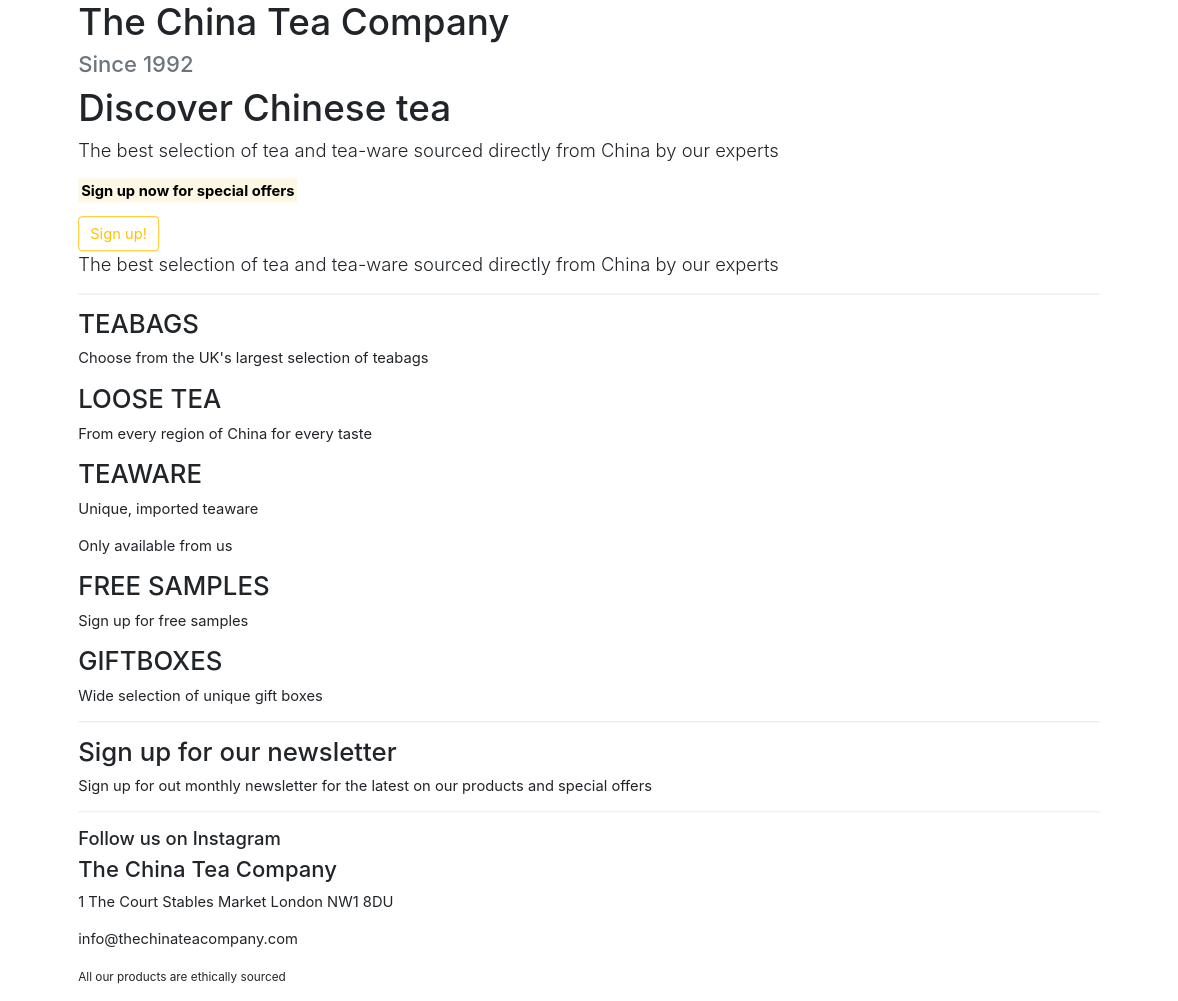
Repository: Code-Institute-Submissions/china-tea
Page: index.html
The author's editor kept a record of every edit. The page is drawn from the files as they stood at one moment, then again after the next edit.
The browser window is 1280 px wide. The pictures show the whole page, at 92% of full size.

Above is the page before.

### index.html
<!DOCTYPE html>
<html lang="en">

<head>
    <meta charset="UTF-8">
    <meta name="viewport" content="width=device-width, initial-scale=1.0">
    <meta http-equiv="X-UA-Compatible" content="ie=edge">
    <link rel="stylesheet" href="https://stackpath.bootstrapcdn.com/bootstrap/4.3.1/css/bootstrap.min.css" integrity="sha384-ggOyR0iXCbMQv3Xipma34MD+dH/1fQ784/j6cY/iJTQUOhcWr7x9JvoRxT2MZw1T" crossorigin="anonymous">
    <link rel="stylesheet" href="style.css" type="text/css" />
    <title>China Tea Company | Buy specially imported tea, tea-ware and gift boxes</title>
</head>

<body>

    <article class="container">

        <!----Callout-----!>

        <section class="callout">
        <h1>The China Tea Company</h1>
        <h4 class="text-muted">Since 1992</h4>

        <h1>Discover Chinese tea</h1>

         <p class="lead">The best selection of tea and tea-ware sourced directly from China by our experts</p>
        <p><strong><mark>Sign up now for special offers</strong></mark></p>
     <button type="button" class="btn btn-outline-warning">Sign up!</button>

         <p class="lead">The best selection of tea and tea-ware sourced directly from China by our experts</p>

        </section>

        <hr>

        <!----/.Callout-----!>

        <!-----Purchase------!>

         <section class="purchases">
         <div class="purchases">
         <h3 class="text-uppercase">Teabags</h3>
         <p>Choose from the UK's largest selection of teabags</p>
         </div>

         <div class="loosetea">
         <h3 class="text-uppercase">Loose Tea</h3>
         <p>From every region of China for every taste</p>
         </div>

         <div class="teaware">
         <h3 class="text-uppercase">Teaware</h3>
         <p>Unique, imported teaware</p>
         <p>Only available from us</p>
         </div>

         <div class="freesamples">
         <h3 class="text-uppercase">Free Samples</h3>
         <p>Sign up for free samples</p>
         </div>

         <div class="giftboxes">
         <h3 class="text-uppercase">Giftboxes</h3>
         <p>Wide selection of unique gift boxes</p>
         </div>


         </section>

         <hr>

        <!-----/.purchase-------!>

        <!------newsletter jumbotron-----!>

        <section class="newsletter">

        <h3>Sign up for our newsletter</h3>
        <p>Sign up for out monthly newsletter for the latest on our products and special offers</p>



        </section>

          <!-------/.newsletter jumbotron-----!>

          <!------Instagram and address------!>
          <hr>
          <section class="instagram">
          <h5>Follow us on Instagram</h5>

          <h4>The China Tea Company</h4>
          <p>1 The Court Stables Market London NW1 8DU</p>
          <p>info@thechinateacompany.com</p>

          </section>

        <!--------/.Instagram and address-----!>

        <!-------footer-----!>

        <p><small>All our products are ethically sourced</small></p>




    </article>


</body>

</html>

Loaded but not shown: style.css (empty)

After the next edit:
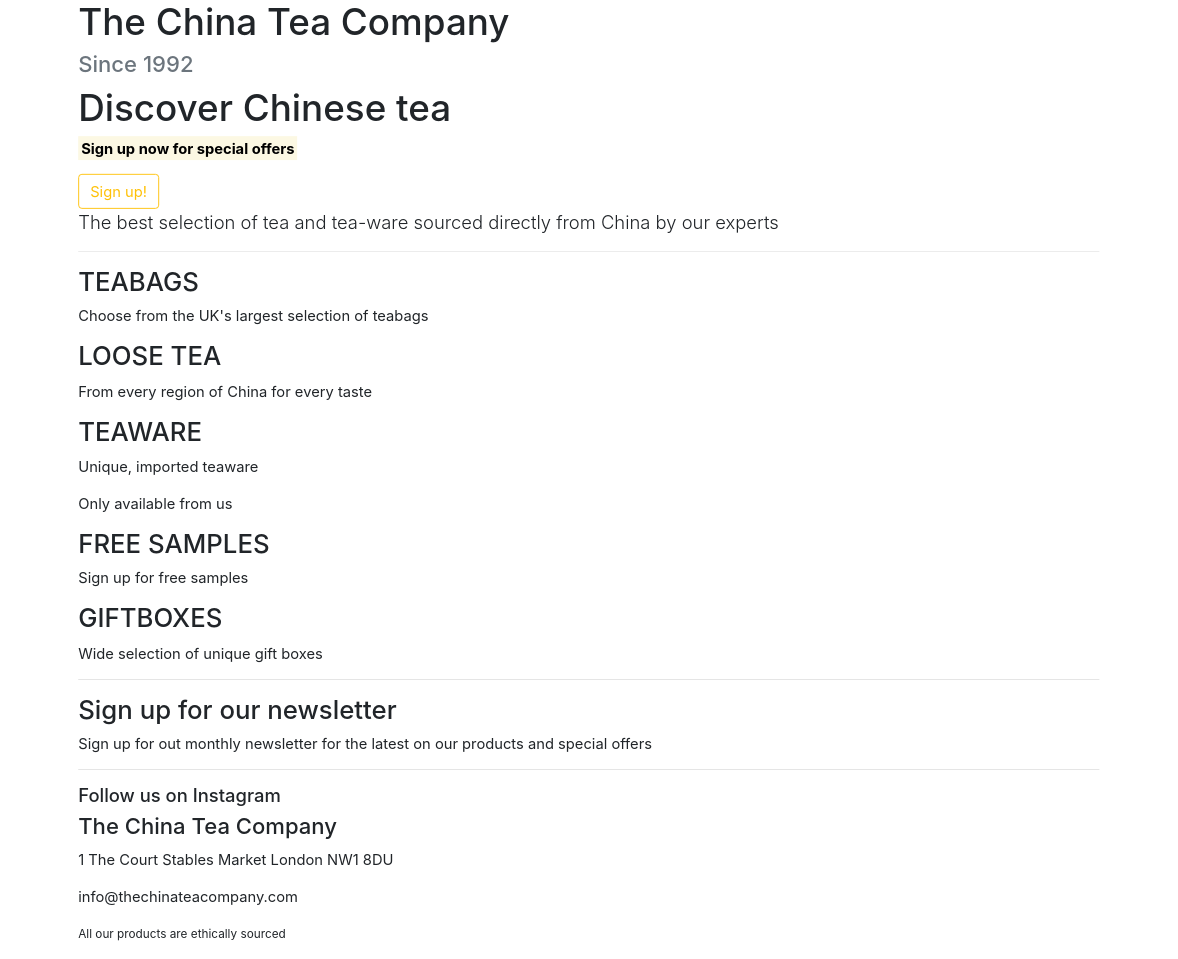
The edit:
--- a/index.html
+++ b/index.html
@@ -22,7 +22,7 @@
 
         <h1>Discover Chinese tea</h1>
 
-         <p class="lead">The best selection of tea and tea-ware sourced directly from China by our experts</p>
+
         <p><strong><mark>Sign up now for special offers</strong></mark></p>
      <button type="button" class="btn btn-outline-warning">Sign up!</button>
 
